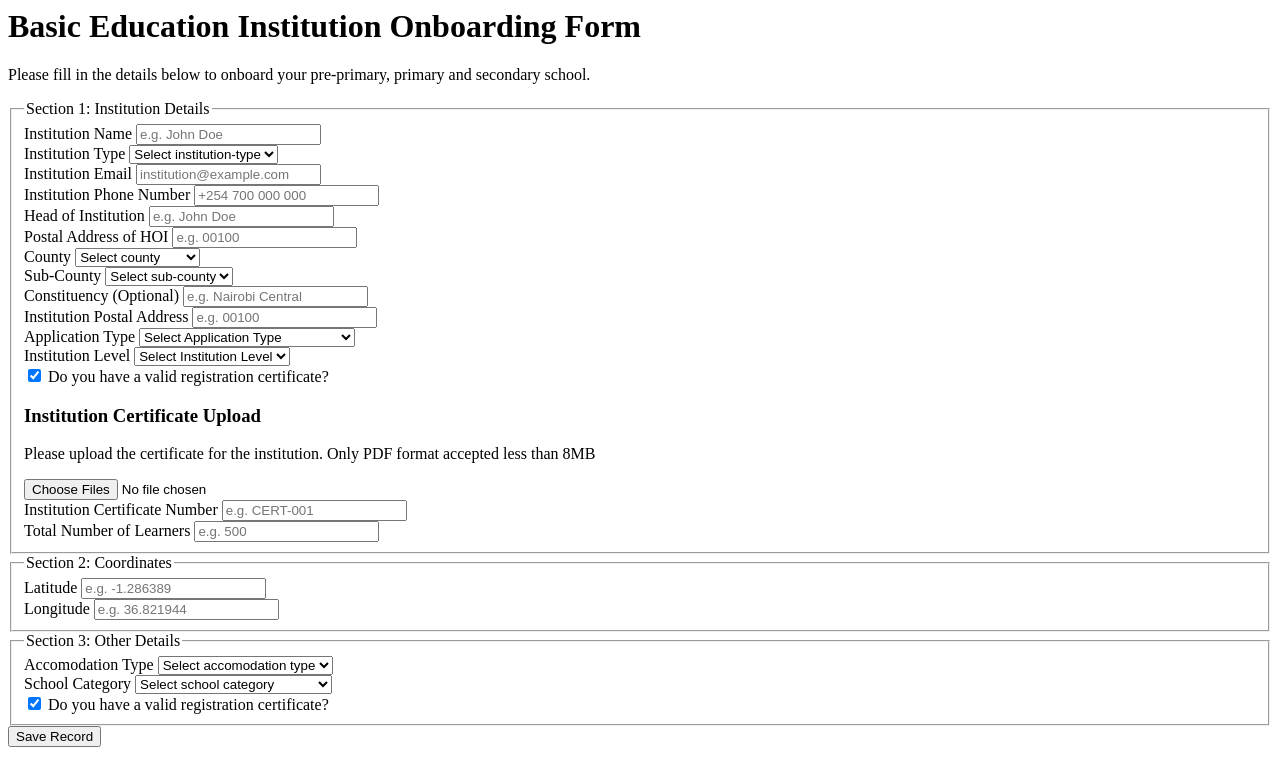
Repository: ndirituart/KEMIS
Page: angular-client/src/app/pages/basic-education/basic-education.html
These files come from the project's save history. The page is drawn as it stood at one moment and after the next save; the edit follows.
The browser window is 1280 px wide. The pictures show the whole page.

Above is the page before, as saved 2026-10-20 22:31:33.

### angular-client/src/app/pages/basic-education/basic-education.html
<div class="kemis-form-wrapper">
<form class="kemis-form" (ngSubmit)="onSubmit()" #myForm="ngForm">
<h1 class="text-center mb-4">Basic Education Institution Onboarding Form</h1>
<p class="text-center mb-0">Please fill in the details below to onboard your pre-primary, primary and secondary school.</p>
<span></span>
  <!-- ========================================== -->
  <!-- Section 1: Institution Details                -->
  <!-- ========================================== -->
  <fieldset class="mb-4 p-3 border rounded">
    <legend class="float-none w-auto px-2 fs-5 fw-bold text-primary">Section 1: Institution Details</legend>

    <div class="row g-3">
      <!-- Institution Name -->
      <div class="col-md-6">
        <label for="institutionName" class="form-label fw-semibold">Institution Name</label>
        <input type="text" class="form-control" id="institutionName" name="institutionName" placeholder="e.g. John Doe" required>
      </div>

      <!-- Type of School based on Gender -->
      <div class="col-md-6">
        <label for="institutionType" class="form-label fw-semibold">Institution Type</label>
        <select class="form-select" id="institutionType" name="institutionType" required>
          <option value="" disabled selected>Select institution-type</option>
          <option value="Boy's School">Boy's School</option>
          <option value="Girl's School">Girl's School</option>
          <option value="Mixed School">Mixed School</option>
        </select>
      </div>

      <!-- Institution Email -->
      <div class="col-md-6">
        <label for="emailId" class="form-label fw-semibold">Institution Email</label>
        <input type="email" class="form-control" id="emailId" name="emailId" placeholder="institution@example.com" required>
      </div>

      <!-- Institution Phone Number -->
      <div class="col-md-6">
        <label for="mobileNo" class="form-label fw-semibold">Institution Phone Number</label>
        <input type="tel" class="form-control" id="mobileNo" name="mobileNo" placeholder="+254 700 000 000" required>
      </div>

      <!-- Head of Institution -->
      <div class="col-md-6">
        <label for="headOfInstitution" class="form-label fw-semibold">Head of Institution</label>
        <input type="text" class="form-control" id="headOfInstitution" name="headOfInstitution" placeholder="e.g. John Doe" required>
      </div>

      <!-- Postal Address of HOI -->
      <div class="col-md-6">
        <label for="postalAddressHoi" class="form-label fw-semibold">Postal Address of HOI</label>
        <input type="text" class="form-control" id="postalAddressHoi" name="postalAddressHoi" placeholder="e.g. 00100" required>
      </div>

      <!--County List-->
      <div class="col-md-6">
        <label for="county" class="form-label fw-semibold">County</label>
        <select class="form-select" id="county" name="county" required>
          <option value="" disabled selected>Select county</option>
      <option value="baringo">Baringo</option>
      <option value="bomet">Bomet</option>
      <option value="bungoma">Bungoma</option>
      <option value="busia">Busia</option>
      <option value="elgeyo marakwet">Elgeyo Marakwet</option>
      <option value="embu">Embu</option>
      <option value="garissa">Garissa</option>
      <option value="homa bay">Homa Bay</option>
      <option value="isiolo">Isiolo</option>
      <option value="kajiado">Kajiado</option>
      <option value="kakamega">Kakamega</option>
      <option value="kericho">Kericho</option>
      <option value="kiambu">Kiambu</option>
      <option value="kilifi">Kilifi</option>
      <option value="kirinyaga">Kirinyaga</option>
      <option value="kisii">Kisii</option>
      <option value="kisumu">Kisumu</option>
      <option value="kitui">Kitui</option>
      <option value="kwale">Kwale</option>
      <option value="laikipia">Laikipia</option>
      <option value="lamu">Lamu</option>
      <option value="machakos">Machakos</option>
      <option value="makueni">Makueni</option>
      <option value="mandera">Mandera</option>
      <option value="meru">Meru</option>
      <option value="migori">Migori</option>
      <option value="marsabit">Marsabit</option>
      <option value="mombasa">Mombasa</option>
      <option value="muranga">Muranga</option>
      <option value="nairobi">Nairobi</option>
      <option value="nakuru">Nakuru</option>
      <option value="nandi">Nandi</option>
      <option value="narok">Narok</option>
      <option value="nyamira">Nyamira</option>
      <option value="nyandarua">Nyandarua</option>
      <option value="nyeri">Nyeri</option>
      <option value="samburu">Samburu</option>
      <option value="siaya">Siaya</option>
      <option value="taita taveta">Taita Taveta</option>
      <option value="tana river">Tana River</option>
      <option value="tharaka nithi">Tharaka Nithi</option>
      <option value="trans nzoia">Trans Nzoia</option>
      <option value="turkana">Turkana</option>
      <option value="uasin gishu">Uasin Gishu</option>
      <option value="vihiga">Vihiga</option>
      <option value="wajir">Wajir</option>
      <option value="pokot">West Pokot</option>
  </select>
      </div>

      <!--TO-DO: Nestsed array for Sub-County List dependent on county chosen-->
      <div class="col-md-6">
        <label for="subCounty" class="form-label fw-semibold">Sub-County</label>
        <select class="form-select" id="subCounty" name="subCounty" required>
          <option value="" disabled selected>Select sub-county</option>
        </select>
      </div>

      <!--Constituency Name OPTIONAL-->
      <div class="col-md-6">
        <label for="constituency" class="form-label fw-semibold">Constituency (Optional)</label>
        <input type="text" class="form-control" id="constituency" name="constituency" placeholder="e.g. Nairobi Central">
      </div>

      <!--Institution Postal Address-->
      <div class="col-md-6">
        <label for="postalAddressInstitution" class="form-label fw-semibold">Institution Postal Address</label>
        <input type="text" class="form-control" id="postalAddressInstitution" name="postalAddressInstitution" placeholder="e.g. 00100" required>
      </div>

       <!-- Application Type -->
      <div class="col-md-6">
        <label for="applicationType" class="form-label fw-semibold">Application Type</label>
        <select class="form-select" id="applicationType" name="applicationType" required>
          <option value="" disabled selected>Select Application Type</option>
          <option value="Regular School">Regular School</option>
          <option value="Regular School with Special Unit">Regular School with Special Unit</option>
          <option value="Special School">Special School</option>
        </select>
      </div>

       <!-- Institution Level -->
      <div class="col-md-6">
        <label for="institutionLevel" class="form-label fw-semibold">Institution Level</label>
        <select class="form-select" id="institutionLevel" name="institutionLevel" required>
          <option value="" disabled selected>Select Institution Level</option>
          <option value="Pre-Primary">Pre-Primary</option>
          <option value="Primary">Primary</option>
          <option value="Secondary">Secondary</option>
          <option value="High School">High School</option>
        </select>
      </div>

      <!-- Question on Valid School Certificate-->
      <div class="col-12 mt-3">
        <div class="form-check form-switch">
          <input class="form-check-input" type="checkbox" role="switch" id="certificateValid" name="certificateValid" checked>
          <label class="form-check-label fw-semibold" for="certificateValid">Do you have a valid registration certificate?</label>
        </div>
      </div>

      <!--Certificate Upload-->
      <div class="upload">
        <h3>Institution Certificate Upload</h3>
        <p class="upload__description">Please upload the certificate for the institution. Only PDF format accepted less than 8MB </p>
        <input class="upload__input" id="certificatePdf" type="file" multiple />
        <div class="upload__files">
        </div>
      </div>

      <!--Institution Certificate Number-->
      <div class="col-md-6">
        <label for="certificateNumber" class="form-label fw-semibold">Institution Certificate Number</label>
        <input type="text" class="form-control" id="certificateNumber" name="certificateNumber" placeholder="e.g. CERT-001" required>
      </div>

      <!--Total Number of Learners-->
      <div class="col-md-6">
        <label for="totalLearners" class="form-label fw-semibold">Total Number of Learners</label>
        <input type="number" class="form-control" id="totalLearners" name="totalLearners" placeholder="e.g. 500" required>
      </div>

    </div>
  </fieldset>

  <!-- ========================================== -->
  <!-- SECTION 2: Coordinates            -->
  <!-- ========================================== -->
  <fieldset class="mb-4 p-3 border rounded">
    <legend class="float-none w-auto px-2 fs-5 fw-bold text-primary">Section 2: Coordinates</legend>

    <div class="row g-3">
      <!-- Latitude -->
      <div class="col-md-6">
        <label for="latitude" class="form-label fw-semibold">Latitude</label>
        <input type="number" class="form-control" id="latitude" name="latitude" placeholder="e.g. -1.286389" required>
      </div>

      <!-- Longitude -->
      <div class="col-md-6">
        <label for="longitude" class="form-label fw-semibold">Longitude</label>
        <input type="number" class="form-control" id="longitude" name="longitude" placeholder="e.g. 36.821944" required>
      </div>


    </div>
  </fieldset>

  <!-- ========================================== -->
  <!-- SECTION 3: Other Details                -->
  <!-- ========================================== -->
  <fieldset class="mb-4 p-3 border rounded">
    <legend class="float-none w-auto px-2 fs-5 fw-bold text-primary">Section 3: Other Details</legend>

    <div class="row g-3">

      <!-- Accomodation Type -->
      <div class="col-md-6">
        <label for="accomodationType" class="form-label fw-semibold">Accomodation Type</label>
        <select class="form-select" id="accomodationType" name="accomodationType" required>
          <option value="" disabled selected>Select accomodation type</option>
          <option value="Day">Day</option>
          <option value="Boarding">Boarding</option>
          <option value="Hybrid">Hybrid</option>
        </select>
      </div>

      <!-- School Category -->
      <div class="col-md-6">
        <label for="schoolCategory" class="form-label fw-semibold">School Category</label>
        <select class="form-select" id="schoolCategory" name="schoolCategory" required>
          <option value="" disabled selected>Select school category</option>
          <option value="Private">Private</option>
          <option value="Public">Public</option>
          <option value="Refugee Camp-based School">Refugee Camp-based School</option>
        </select>
      </div>

      <div class="col-12 mt-3">
        <div class="form-check form-switch">
          <input class="form-check-input" type="checkbox" role="switch" id="certificateValid" name="certificateValid" checked>
          <label class="form-check-label fw-semibold" for="certificateValid">Do you have a valid registration certificate?</label>
        </div>
      </div>
    </div>
  </fieldset>

  <!-- Submit Button -->
  <div class="d-grid gap-2 mt-4">
    <button type="submit" class="btn btn-primary btn-lg">Save Record</button>
  </div>

</form>
</div>

After the next save:
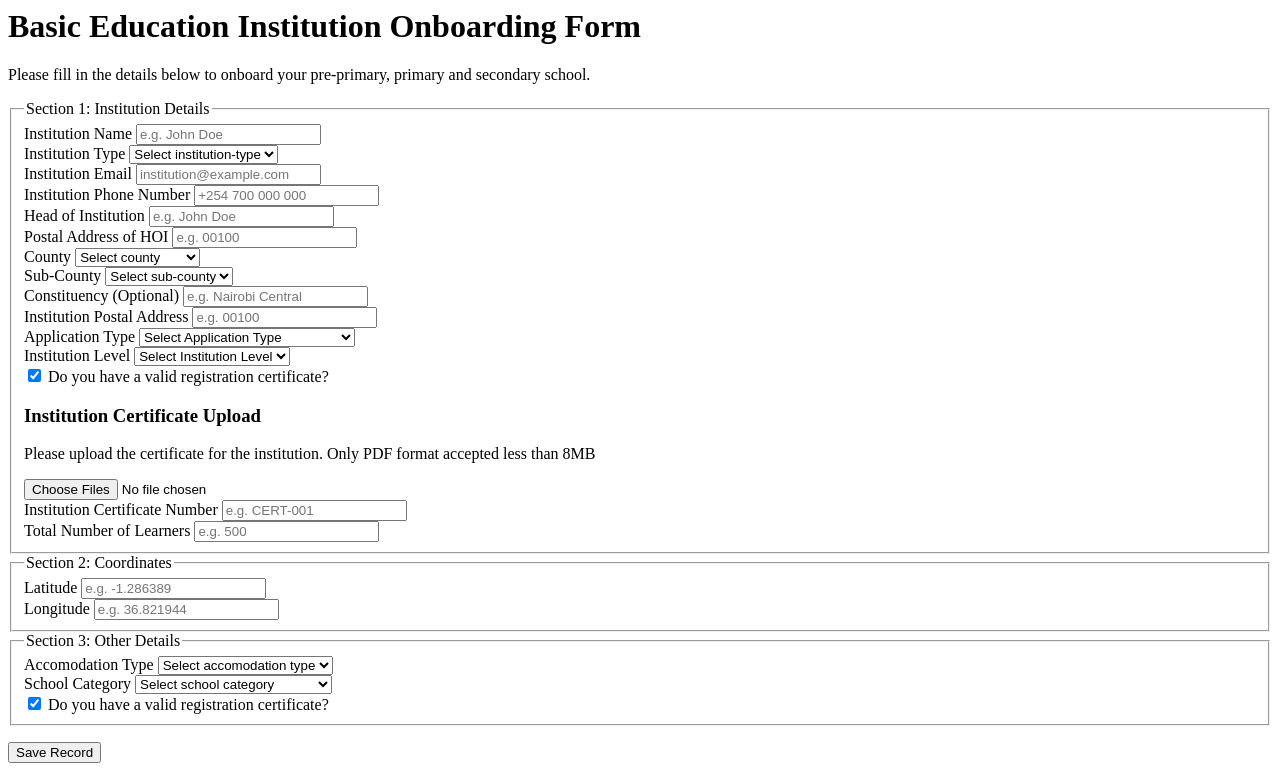
Saved 5 s later.
--- a/angular-client/src/app/pages/basic-education/basic-education.html
+++ b/angular-client/src/app/pages/basic-education/basic-education.html
@@ -234,6 +234,7 @@
         </select>
       </div>
 
+      <!
       <div class="col-12 mt-3">
         <div class="form-check form-switch">
           <input class="form-check-input" type="checkbox" role="switch" id="certificateValid" name="certificateValid" checked>

After the save that followed:
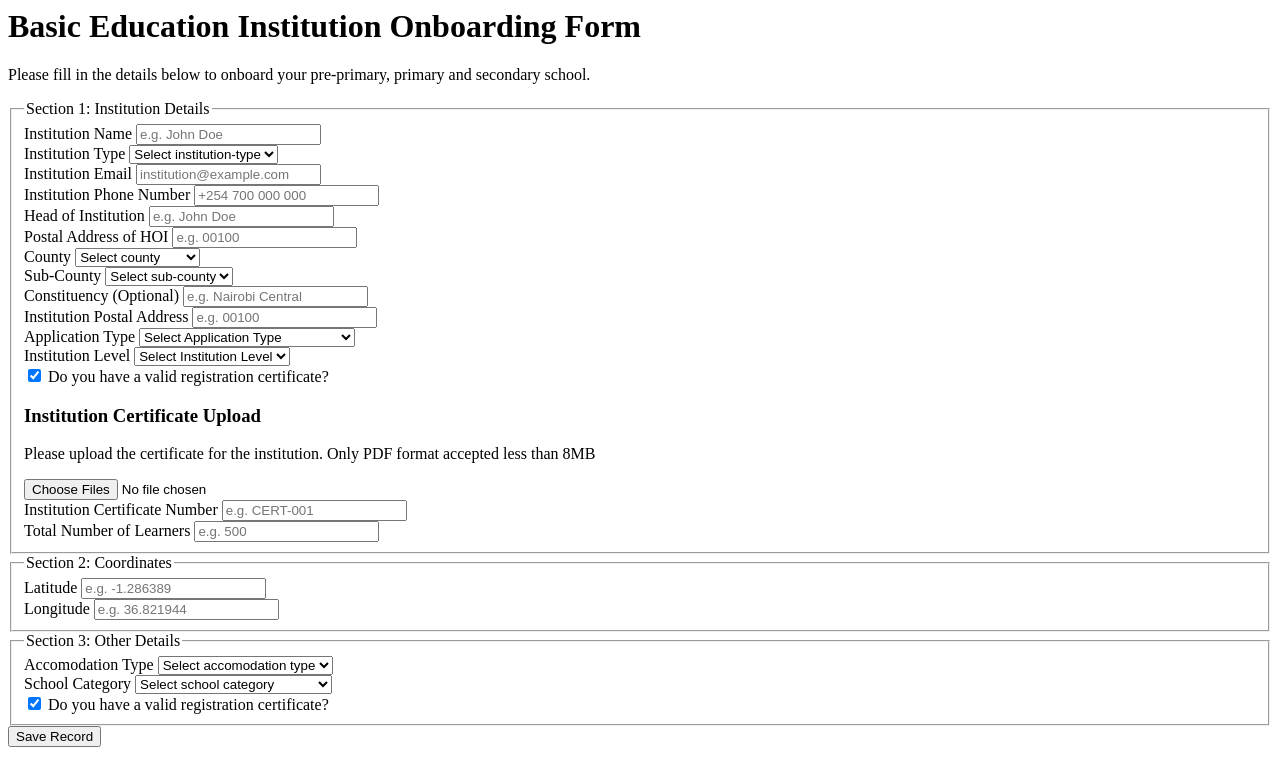
Saved 4 s later.
--- a/angular-client/src/app/pages/basic-education/basic-education.html
+++ b/angular-client/src/app/pages/basic-education/basic-education.html
@@ -234,7 +234,7 @@
         </select>
       </div>
 
-      <!
+      <!--Terms -->
       <div class="col-12 mt-3">
         <div class="form-check form-switch">
           <input class="form-check-input" type="checkbox" role="switch" id="certificateValid" name="certificateValid" checked>
